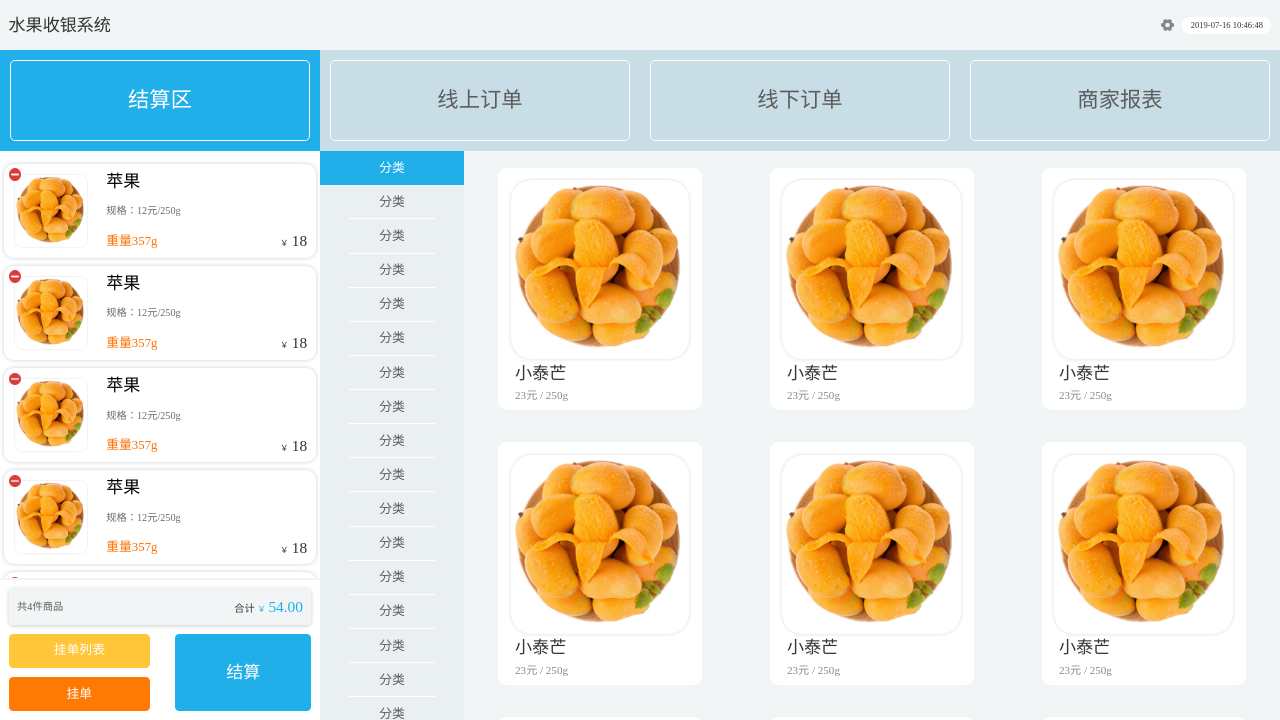
Repository: missing-star/fruit
Page: index.html
An editor plug-in stored every save of this project. The page is shown before and after the next save, followed by the edit.
The browser window is 1280 px wide. The pictures show the whole page.
The page's requests for data from a server got no answer. An inner scrolling area shows only its first screen.

Above is the page before, as saved 2019-07-16 11:19:36.

### index.html
<!DOCTYPE html>
<html lang="en">

<head>
    <meta charset="UTF-8">
    <meta name="viewport" content="width=device-width, initial-scale=1.0">
    <meta http-equiv="X-UA-Compatible" content="ie=edge">
    <title>水果收银系统</title>
    <link rel="stylesheet" href="./css/index.css">
</head>

<body>
    <div id="app" v-cloak>
        <header class="title-bar">
            <p class="title">水果收银系统</p>
            <div class="right-part-show">
                <img @click="showDialog(4)" src="./images/setting.png" alt="设置" class="setting-icon">
                <p class="show-current-time">{{currentTime}}</p>
            </div>
        </header>
        <ul class="category-tab">
            <li class="category-item" :class="{active:currentIndex == 0}" @click="switchTab(0)">
                <p class="category-title">结算区</p>
            </li>
            <li class="category-item" :class="{active:currentIndex == 1}" @click="switchTab(1)">
                <p class="category-title">线上订单</p>
            </li>
            <li class="category-item" :class="{active:currentIndex == 2}" @click="switchTab(2)">
                <p class="category-title">线下订单</p>
            </li>
            <li class="category-item" :class="{active:currentIndex == 3}" @click="switchTab(3)">
                <p class="category-title">商家报表</p>
            </li>
        </ul>
        <!-- 结算区 -->
        <div v-show="currentIndex == 0" class="main-content">
            <div class="operation-wrapper">
                <ul class="goods-list-wrapper">
                    <li v-for="n in 10" class="goods-item">
                        <div class="goods-pic-wrapper">
                            <span class="delete-icon pointer"></span>
                            <img src="./images/goods.png" class="goods-pic">
                        </div>
                        <div class="goods-detail">
                            <p class="goods-title">苹果</p>
                            <p class="goods-spec">规格：12元/250g</p>
                            <p class="goods-money">
                                <span class="goods-weight">重量357g</span>
                                <span class="goods-price">
                                    <i class="money-icon black">￥</i>
                                    <i class="money-number black">18</i>
                                </span>
                            </p>
                        </div>
                    </li>
                </ul>
                <div class="calculator-scope">
                    <div class="show-total-money">
                        <p class="total-title">共4件商品</p>
                        <p class="total-money">
                            <span class="money-title">合计</span>
                            <span class="show-money">
                                <i class="money-icon blue">￥</i>
                                <i class="money-number blue">54.00</i>
                            </span>
                        </p>
                    </div>
                    <div class="operation-group">
                        <div class="left-part">
                            <button @click="showDialog(0)" class="order-list pointer">挂单列表</button>
                            <button class="go-order pointer">挂单</button>
                        </div>
                        <button @click="showDialog(1)" class="right-part pointer">
                            结算
                        </button>
                    </div>
                </div>
            </div>
            <div class="goods-choice-wrapper">
                <ul class="goods-category-wrapper">
                    <li @click="switchSubTab(n-1)" :class="{active:subCurrentIndex == n-1}" v-for="n in 20"
                        class="goods-category-item pointer">
                        分类
                    </li>
                </ul>
                <ul class="goods-choice-list">
                    <li v-for="n in 20" class="goods-choice-item">
                        <img src="./images/goods.png" class="goods-show-pic">
                        <p class="goods-desc">
                            <span class="goods-name">小泰芒</span>
                            <span class="price-weight">23元 / 250g</span>
                        </p>
                    </li>
                </ul>
            </div>
        </div>
        <!-- 线上订单 -->
        <div v-show="currentIndex == 1" class="main-content">
            <div class="operation-wrapper">
                <ul class="tab-wrapper">
                    <li @click="switchOnlineTab(0)" :class="{active:onlineCurrentIndex == 0}" class="tab-item pointer">
                        未接单</li>
                    <li @click="switchOnlineTab(1)" :class="{active:onlineCurrentIndex == 1}" class="tab-item pointer">
                        已接单</li>
                </ul>
                <div class="order-list-wrapper">
                    <ul v-show="onlineCurrentIndex == 0" class="accept-wrapper">
                        <li @click="getOrderDetail(0,n)" v-for="n in 20" class="order-item pointer"
                            :class="{active:currentOrder == n && onlineCurrentIndex == 0}">
                            <img src="./images/goods.png" class="order-goods-pic">
                            <div class="order-detail">
                                <p class="order-number">单号：12365425</p>
                                <p class="order-date">2019-05-22 12:22:22</p>
                            </div>
                            <button class="post-way self">自取</button>
                        </li>
                    </ul>
                    <ul v-show="onlineCurrentIndex == 1" class="accept-wrapper">
                        <li @click="getOrderDetail(1,n)" v-for="n in 20" class="order-item pointer"
                            :class="{active:currentOrder == n && onlineCurrentIndex == 1}">
                            <img src="./images/goods.png" class="order-goods-pic">
                            <div class="order-detail">
                                <p class="order-number">单号：12365425</p>
                                <p class="order-date">2019-05-22 12:22:22</p>
                            </div>
                            <button class="post-way post">自取</button>
                        </li>
                    </ul>
                </div>
            </div>
            <div class="order-detail-wrapper">
                <!-- 倒三角 -->
                <div class="triangle"></div>
                <div class="user-info">
                    <div class="user-address info-part">
                        <img src="./images/location.png" class="location">
                        <div class="address-detail">
                            <p class="address">江苏省南京市江宁区泥塘小区2栋1306室</p>
                            <p class="user-detail">张三 13526987415</p>
                        </div>
                    </div>
                    <div class="user-comment info-part">
                        <p class="comment-title">备注</p>
                        <p class="user-detail">多放水果</p>
                    </div>
                </div>
                <ul class="order-detail-goods-list-wrapper">
                    <li v-for="n in 30" class="order-detail-goods-item">
                        <img src="./images/goods.png" class="order-detail-goods-pic">
                        <div class="order-detail-goods-detail">
                            <p class="title">小泰芒500g</p>
                            <p class="number-money">
                                <span class="goods-num">× 1</span>
                                <span class="goods-price">
                                    <i class="money-icon black">￥</i>
                                    <i class="money-number black">18</i>
                                </span>
                            </p>
                        </div>
                    </li>
                </ul>
                <div class="ticket-print-wrapper">
                    <div class="is-in-shop">
                        <div class="checkbox-wrapper">
                            <div class="checkbox-inner"></div>
                        </div>
                        <span class="check-titl">到店自取</span>
                    </div>
                    <div class="right-calculator">
                        <p class="calculator-title">合计</p>
                        <span class="goods-price">
                            <i class="money-icon blue">￥</i>
                            <i class="money-number blue">18</i>
                        </span>
                        <button class="print-action pointer" @click="printTick">打印小票</button>
                    </div>
                </div>
            </div>
        </div>
        <!-- 线下订单 -->
        <div v-show="currentIndex == 2" class="main-content">
            <div class="operation-wrapper">
                <ul class="tab-wrapper">
                    <li @click="switchOfflineTab(0)" :class="{active:offlineCurrentIndex == 0}" class="tab-item pointer">
                        未支付</li>
                    <li @click="switchOfflineTab(1)" :class="{active:offlineCurrentIndex == 1}" class="tab-item pointer">
                        已支付</li>
                </ul>
                <div class="order-list-wrapper">
                    <ul v-show="offlineCurrentIndex == 0" class="accept-wrapper">
                        <li @click="getOrderDetailOffline(0,n)" v-for="n in 20" class="order-item pointer"
                            :class="{active:currentOrderOffline == n && offlineCurrentIndex == 0}">
                            <img src="./images/goods.png" class="order-goods-pic">
                            <div class="order-detail">
                                <p class="order-number">单号：12365425</p>
                                <p class="order-date">2019-05-22 12:22:22</p>
                            </div>
                            <button class="post-way self">自取</button>
                        </li>
                    </ul>
                    <ul v-show="offlineCurrentIndex == 1" class="accept-wrapper">
                        <li @click="getOrderDetailOffline(1,n)" v-for="n in 20" class="order-item pointer"
                            :class="{active:currentOrderOffline == n && offlineCurrentIndex == 1}">
                            <img src="./images/goods.png" class="order-goods-pic">
                            <div class="order-detail">
                                <p class="order-number">单号：12365425</p>
                                <p class="order-date">2019-05-22 12:22:22</p>
                            </div>
                            <button class="post-way post">自取</button>
                        </li>
                    </ul>
                </div>
            </div>
            <div class="order-detail-wrapper">
                <!-- 倒三角 -->
                <div class="triangle"></div>
                <ul class="order-detail-goods-list-wrapper offline">
                    <li v-for="n in 30" class="order-detail-goods-item">
                        <img src="./images/goods.png" class="order-detail-goods-pic">
                        <div class="order-detail-goods-detail">
                            <p class="title">小泰芒500g</p>
                            <p class="number-money">
                                <span class="goods-num">× 1</span>
                                <span class="goods-price">
                                    <i class="money-icon black">￥</i>
                                    <i class="money-number black">18</i>
                                </span>
                            </p>
                        </div>
                    </li>
                </ul>
                <div class="ticket-print-wrapper offline">
                    <div class="right-calculator">
                        <p class="calculator-title">实付</p>
                        <span class="goods-price">
                            <i class="money-icon blue">￥</i>
                            <i class="money-number blue">18</i>
                        </span>
                        <button @click="showDialog(2)" class="print-action pointer">查看付款码</button>
                    </div>
                </div>
            </div>
        </div>
        <div v-show="currentIndex == 3" class="main-content">

        </div>
        <!-- dialog -->
        <div class="dialog-wrapper" :class="{active:isShowDialog}">
            <div class="dialog-mask"></div>
            <div class="dialog-main-content" :class="{active:isShowDialog,medium:dialogIndex == 3 || dialogIndex == 4}">
                <div class="dialog-title-wrapper">
                    <p class="dialog-title">{{dialogTitle}}</p>
                    <button @click="closeDialog" class="dialog-close pointer">×</button>
                </div>
                <!-- 挂单 -->
                <div v-show="dialogIndex == 0" class="order-list-wrapper dialog">
                    <div class="order-list-left">
                        <p class="order-list-title">挂单列表</p>
                        <ul class="order-list">
                            <li @click="getOrderDetailDialog(n)" v-for="n in 20" class="order-item dialog pointer"
                                :class="{active:currentOrderDialog == n}">
                                <p class="order-number dialog">单号：12365425</p>
                                <p class="order-time dialog">2019-05-13 12:22:22</p>
                            </li>
                        </ul>
                    </div>
                    <div class="order-list-right">
                        <!-- 倒三角 -->
                        <div class="triangle deep"></div>
                        <ul class="order-detail-goods-list-wrapper dialog">
                            <li v-for="n in 30" class="order-detail-goods-item dialog">
                                <img src="./images/goods.png" class="order-detail-goods-pic">
                                <div class="order-detail-goods-detail">
                                    <p class="title">小泰芒500g</p>
                                    <div class="number-money">
                                        <span class="goods-total-weight">重量：1kg</span>
                                        <p class="price-and-weight">
                                            <span class="single-price">
                                                ¥ 13/500g
                                            </span>
                                            <span class="goods-price">
                                                <i class="money-icon black">￥</i>
                                                <i class="money-number black">18</i>
                                            </span>
                                        </p>
                                    </div>
                                </div>
                            </li>
                        </ul>
                        <div class="order-operation">
                            <button class="delete-order pointer nowrap">删除</button>
                            <button @click="showDialog(1)" class="next pointer nowrap">继续</button>
                        </div>
                    </div>
                </div>
                <!-- 结算 -->
                <div v-show="dialogIndex == 1" class="order-list-wrapper dialog">
                    <div class="order-list-left calculator">
                        <div class="order-total-money-wrapper">
                            <p class="total-money-title">订单总额</p>
                            <div class="total-money">30.00</div>
                        </div>
                        <div class="order-info-wrapper">
                            <p class="order-info title">基本信息</p>
                            <div class="order-info wrapper">
                                <p class="order-info number">订单号：123654</p>
                                <p class="order-info deal-pay">处理方式：线下订单</p>
                            </div>
                        </div>
                        <button @click="showDialog(2)" class="go-cash pointer">结算</button>
                    </div>
                    <div class="order-list-right calculator">
                        <ul class="order-detail-goods-list-wrapper dialog">
                            <li v-for="n in 30" class="order-detail-goods-item dialog">
                                <img src="./images/goods.png" class="order-detail-goods-pic">
                                <div class="order-detail-goods-detail">
                                    <p class="title">小泰芒500g</p>
                                    <div class="number-money">
                                        <span class="goods-total-weight">重量：1kg</span>
                                        <p class="price-and-weight">
                                            <span class="single-price">
                                                ¥ 13/500g
                                            </span>
                                            <span class="goods-price">
                                                <i class="money-icon black">￥</i>
                                                <i class="money-number black">18</i>
                                            </span>
                                        </p>
                                    </div>
                                </div>
                            </li>
                        </ul>
                    </div>
                </div>
                <!-- 扫码 -->
                <div v-show="dialogIndex == 2" class="order-list-wrapper dialog column">
                    <div class="qrcode-wrapper">
                        <div class="qrcode-wrapper-item">
                            <div class="qrcode-show-wrapper">
                                <div class="corner left top"></div>
                                <div class="corner left bottom"></div>
                                <div class="corner right top"></div>
                                <div class="corner right bottom"></div>
                            </div>
                            <div class="scan-tips">
                                <img src="./images/wechat.png" class="scan-icon">
                                <p class="scan-tips-title">微信扫一扫</p>
                            </div>
                        </div>
                        <div class="qrcode-wrapper-item">
                            <div class="qrcode-show-wrapper">
                                <div class="corner left top"></div>
                                <div class="corner left bottom"></div>
                                <div class="corner right top"></div>
                                <div class="corner right bottom"></div>
                            </div>
                            <div class="scan-tips">
                                <img src="./images/alipay.png" class="scan-icon">
                                <p class="scan-tips-title">支付宝扫一扫</p>
                            </div>
                        </div>
                    </div>
                    <div class="total-money-wrapper">
                        <button class="total-money dialog">
                            <span class="money">￥26.00</span>
                            <span class="money-tips">总额</span>
                        </button>
                        <p class="show-order-number">订单号：123654</p>
                    </div>
                </div>
                <!-- 非水果商品 -->
                <div v-show="dialogIndex == 3" class="order-list-wrapper dialog column white">
                    <div class="input-wrapper">
                        <div class="input-item">
                            <label class="input-title">单价：</label>
                            <input type="number" class="input-content">
                        </div>
                        <div class="input-item">
                            <label class="input-title">数量：</label>
                            <input type="text" class="input-content">
                        </div>
                    </div>
                    <button class="confirm">确定</button>
                </div>
                <!-- 设置 -->
                <div v-show="dialogIndex == 4" class="order-list-wrapper dialog column white">
                    <div class="open-fruit-distinguish-wrapper">
                        <p class="distinguish-title">是否开启水果识别</p>
                        <div @click="toggleOpen" class="switch-wrapper pointer" :class="{active:isOpen}">
                            <div class="switch-dot" :class="{active:isOpen}"></div>
                        </div>
                    </div>
                    <button class="save-open pointer">保存</button>
                </div>
            </div>
        </div>
        <!-- video-player -->
        <video ref="videoPlayer" width="480" height="320" style="display: none;"></video>
    </div>
    <script src="https://cdn.bootcss.com/vue/2.6.10/vue.js"></script>
    <script src="./js/qs.min.js"></script>
    <script src="./js/axios.min.js"></script>
    <script src="./js/index.js"></script>
</body>

</html>

Loaded but not shown: js/qs.min.js (library); js/axios.min.js (library); js/index.js (297 lines, source omitted); css/index.css (1096 lines, source omitted)

After the next save:
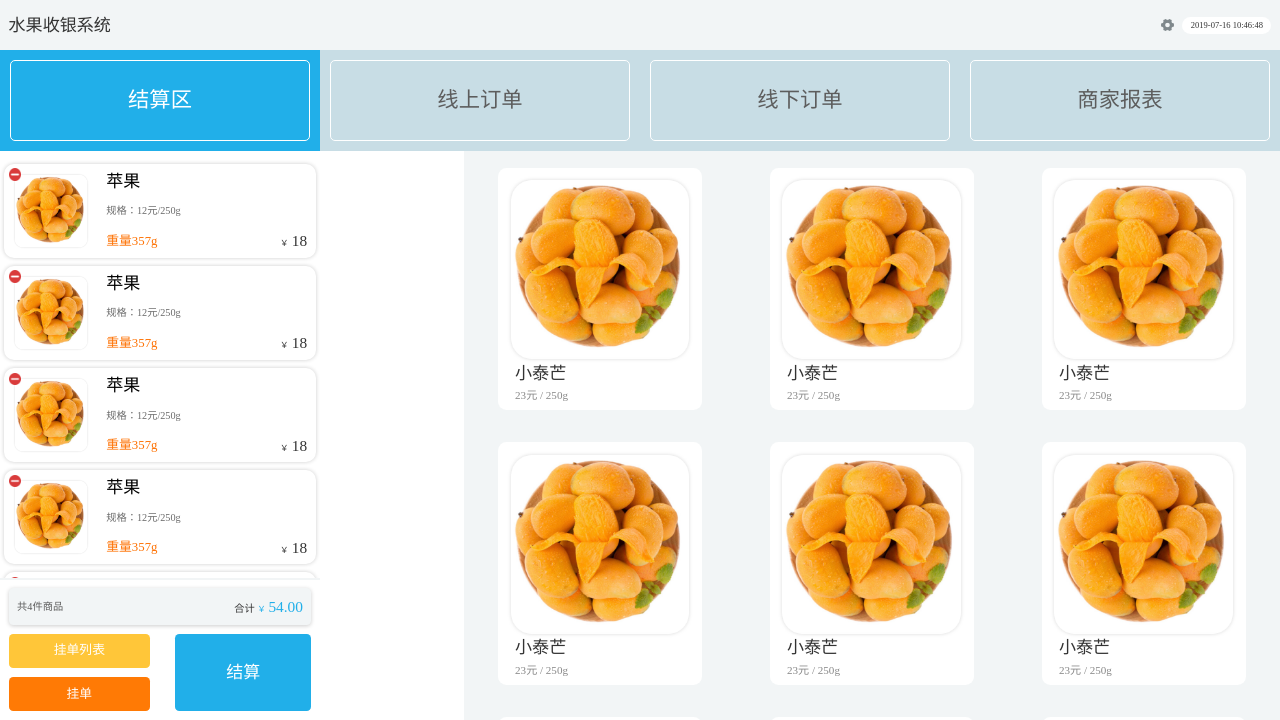
Saved 82 s later.
--- a/index.html
+++ b/index.html
@@ -78,7 +78,7 @@
             </div>
             <div class="goods-choice-wrapper">
                 <ul class="goods-category-wrapper">
-                    <li @click="switchSubTab(n-1)" :class="{active:subCurrentIndex == n-1}" v-for="n in 20"
+                    <li @click="switchSubTab(n-1)" :class="{active:subCurrentIndex == n-1}" :key="item.id" v-for="item in categoryList"
                         class="goods-category-item pointer">
                         分类
                     </li>
